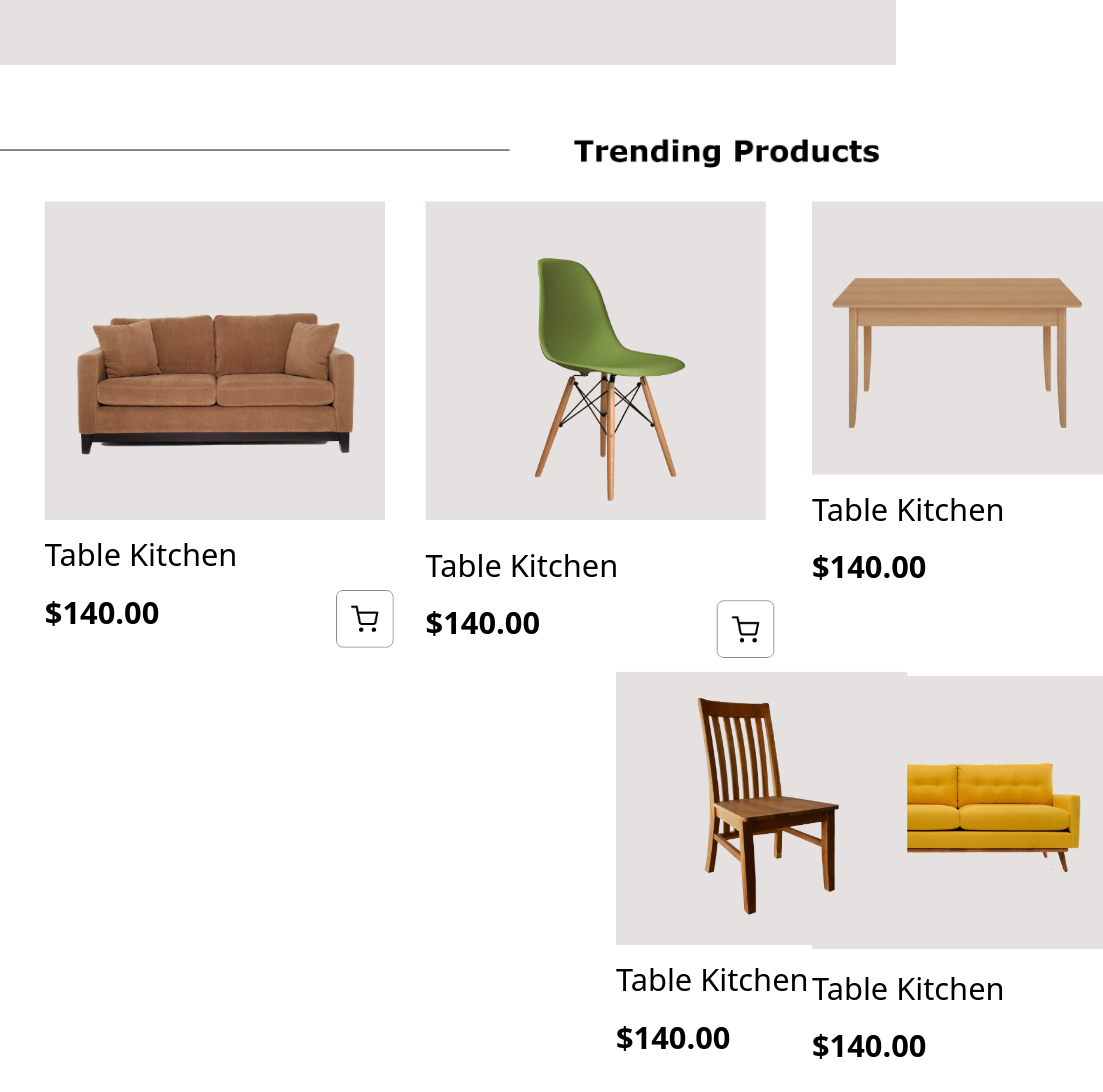
Repository: MEROO1010/creative_home
Page: /
The author's editor kept a copy of each file at every save. The page is drawn from the files as they stood at one save, then again after the next save.
The browser window is 1280 px wide. The page is 1576 px wide, so the pictures cover 1576 px, including what lies to the right of the window. The pictures show the part of the page from y = 2737 to 4297 px (the page is 4297 px tall), at 70% of full size.
The project was rebuilt for these pictures with package versions that can differ from the ones it lists, and the page was loaded fresh each time. The framework's server and built-in components were replaced by stand-ins that run in the browser. Also part of the build but not shown: next.config.js.

Above is the page before, as saved 2022-12-14 10:08:21.

After the next save:
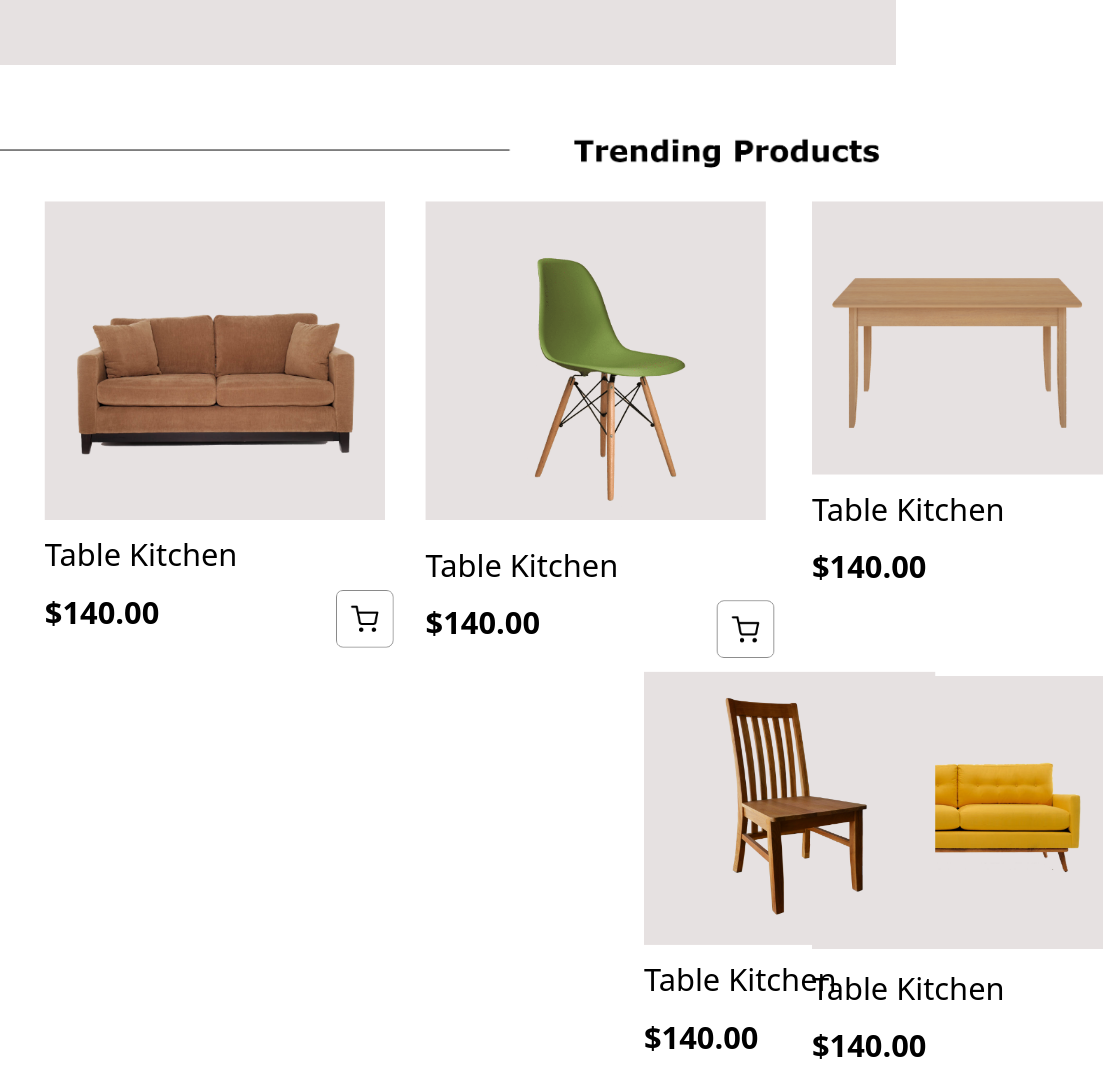
Saved 4 s later.
--- a/components/TrendingProducts.tsx
+++ b/components/TrendingProducts.tsx
@@ -59,7 +59,7 @@ const TrendingProducts = () => {
      </div>
 
      {/*wood chair */}
-     <div className=' absolute ml-10 mt-60 pl-80 pt-40  left-80'>
+     <div className=' absolute ml-20 mt-60 pl-80 pt-40  left-80'>
        <div className='ml-36 pl-14 mt-80'>
        <Image src={woodchair} alt=''/>
        <h1 className='text-[44px]  mt-4  font-verdana'>Table Kitchen</h1>
